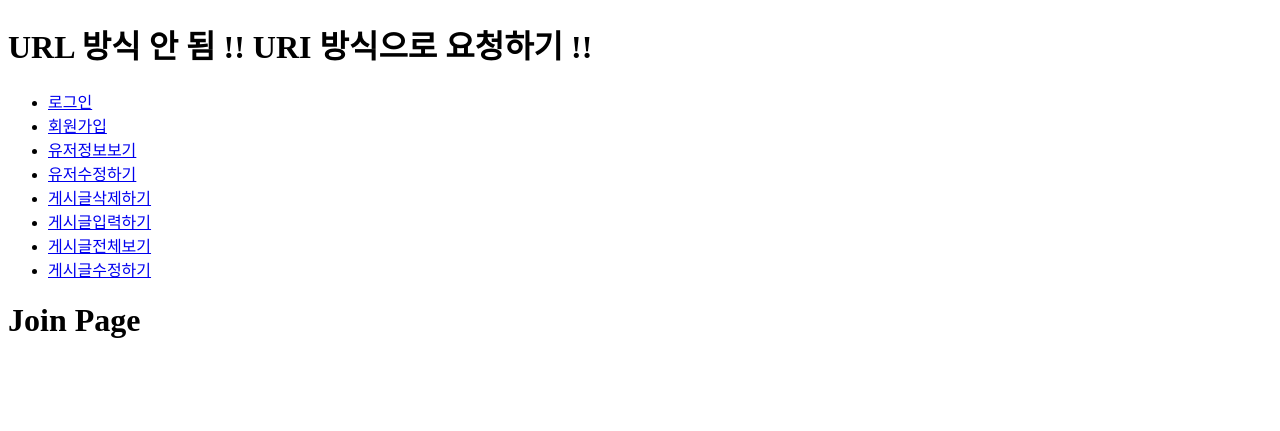
Repository: iron-ee/JSP
Page: http://localhost/hello/auth/join.jsp
An editor plug-in stored every save of this project. The page is shown before and after the next save, followed by the edit.
The browser window is 1280 px wide. The pictures show the whole page.
The page is served by Tomcat 9.

Above is the page before, as saved 2020-12-21 07:34:29.

After the next save:
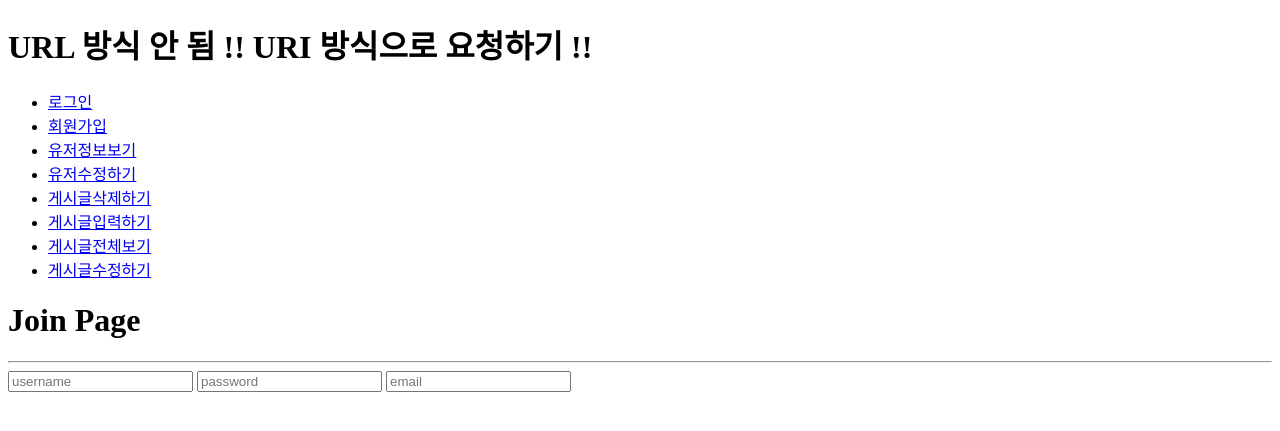
Saved 17 h 8 min later.
--- a/hello/WebContent/auth/join.jsp
+++ b/hello/WebContent/auth/join.jsp
@@ -2,5 +2,12 @@
     pageEncoding="UTF-8"%>
 <%@ include file = "../layout/header.jsp" %>
 <h1>Join Page</h1>
+<hr/>
+<form>
+	<input type = "text" name = "username" placeholder = "username" />
+	<input type = "password" name = "password" placeholder = "password" />
+	<input type = "email" name = "email" placeholder = "email" />
+</form>
+
 </body>
 </html>
